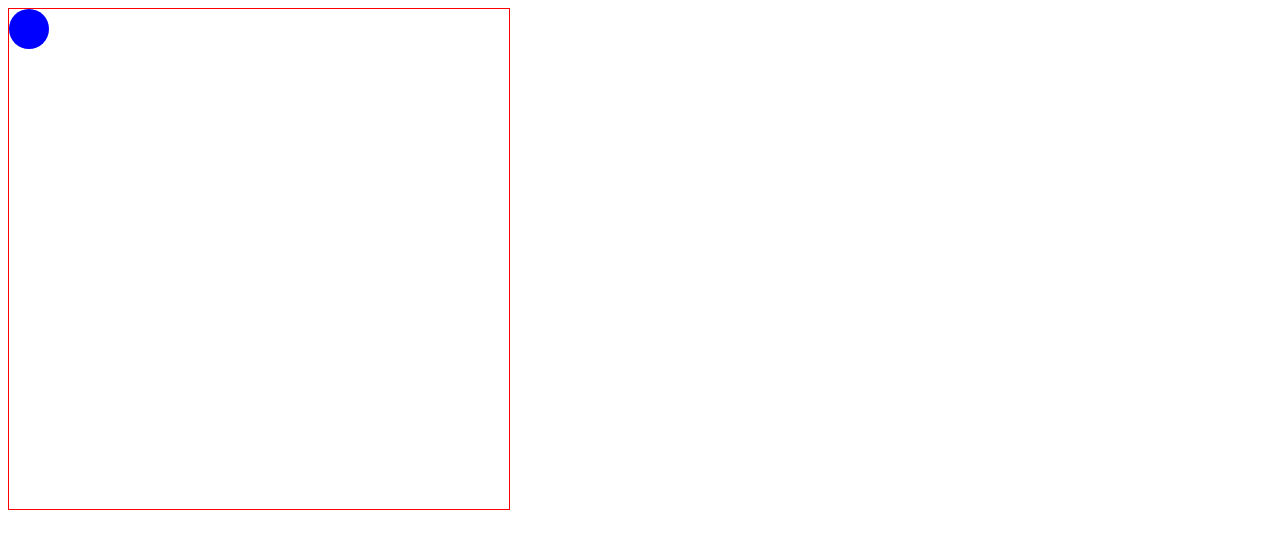
Repository: huynhsang96/CaseJS
Page: Demo_case/index.html
The author's editor kept a copy of each file at every save. The page is drawn from the files as they stood at one save, then again after the next save.
The browser window is 1280 px wide. The pictures show the whole page.

Above is the page before, as saved 2022-02-14 10:45:42.

After the next save:
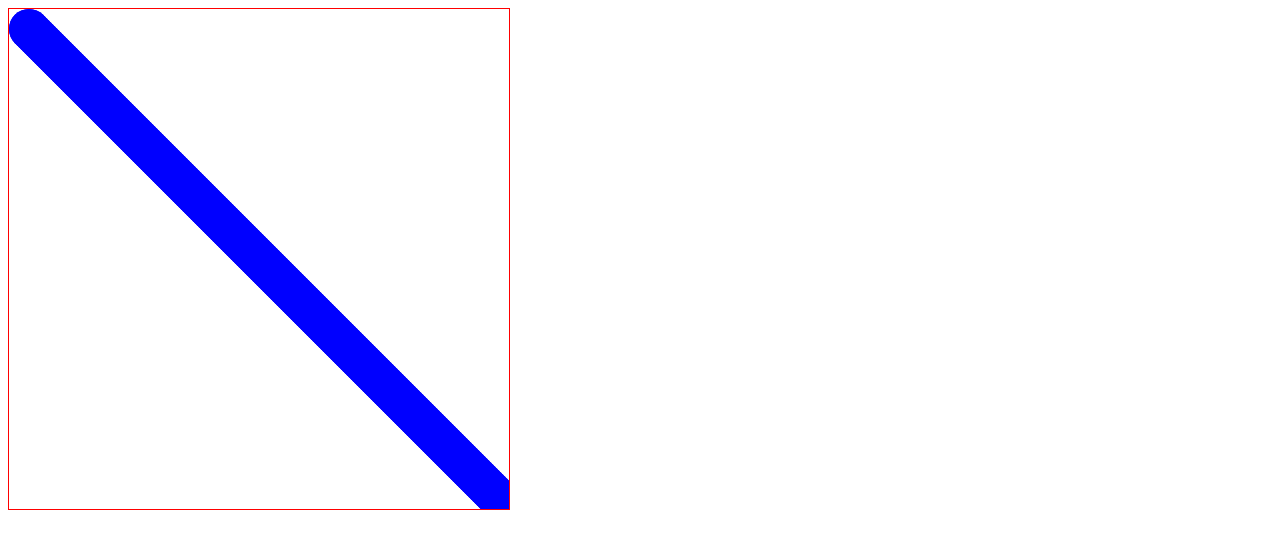
Saved 33 s later.
--- a/Demo_case/main.js
+++ b/Demo_case/main.js
@@ -23,6 +23,7 @@
 
 function move(){
     ctx.clearRect(0,0,ctx.width,ctx.height);
+    draw()
     x += dx;
     y += dy;
 

After the save that followed:
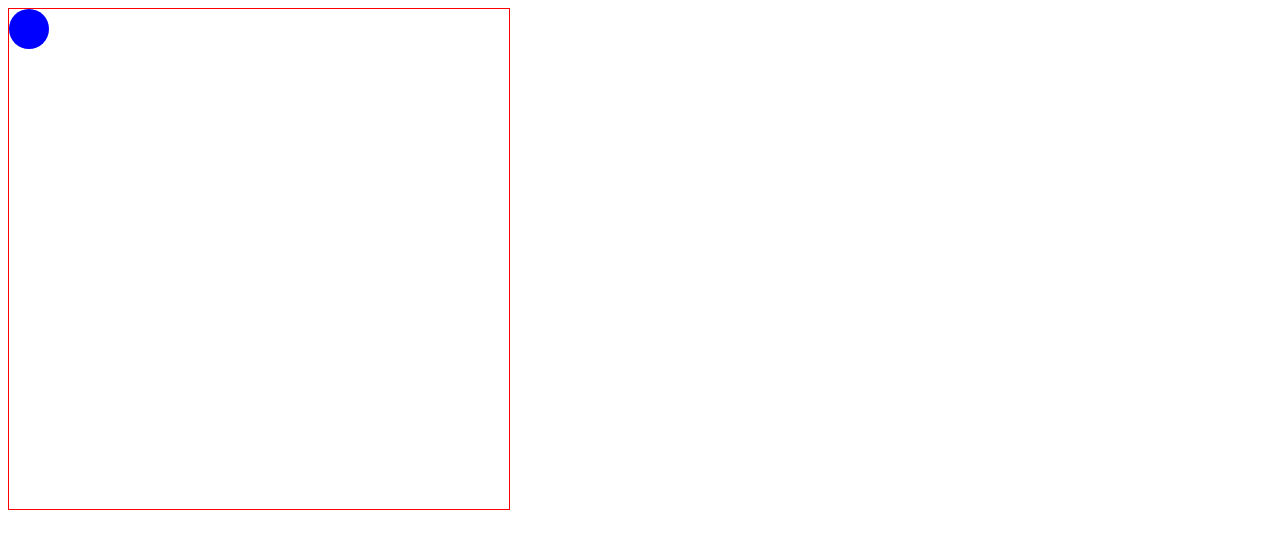
Saved 14 s later.
--- a/Demo_case/main.js
+++ b/Demo_case/main.js
@@ -30,4 +30,4 @@
     requestAnimationFrame(move)
 }
 
-move()
+// move()
